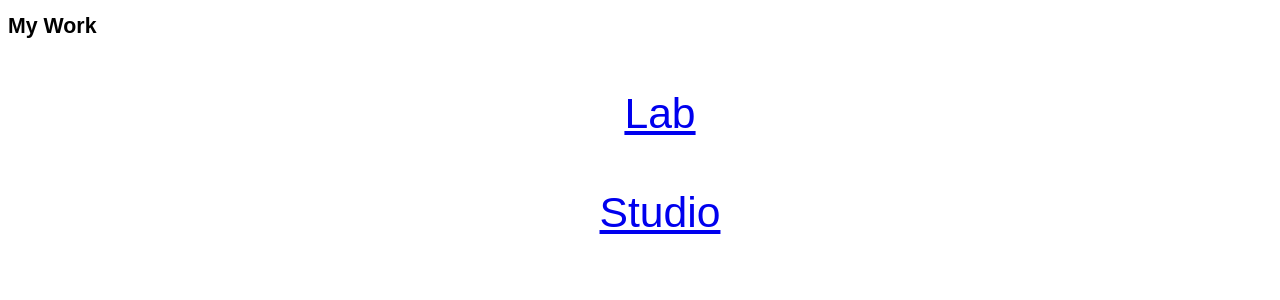
Repository: ortik455/ortik455.github.io
Page: lab/index.html
The author's editor kept a record of every edit. The page is drawn from the files as they stood at one moment, then again after the next edit.
The browser window is 1280 px wide. The pictures show the whole page.

Above is the page before.

### lab/index.html
<!DOCTYPE html>
<html>
	<head>
		<title>Lab</title>
		<style type="text/css">
		h1 {
			font-size: 16pt;
			font-family: sans-serif;
			text-align: left;
			margin-bottom: 50px;
		}
		nav {
			font-size: 32pt;
			font-family: sans-serif;
			text-align: center;
		}
		li {
			list-style-type: none;
			margin-bottom: 50px;
		}
	</style>
	</head>

	<body>
		<h1>My Work</h1>
		<nav>
        <ul>
            <li><a href="lab/index.html">Lab</a></li>
            <li><a href="studio/index.html">Studio</a></li>
        </ul>
    	</nav>
	</body>
</html>

After the next edit:
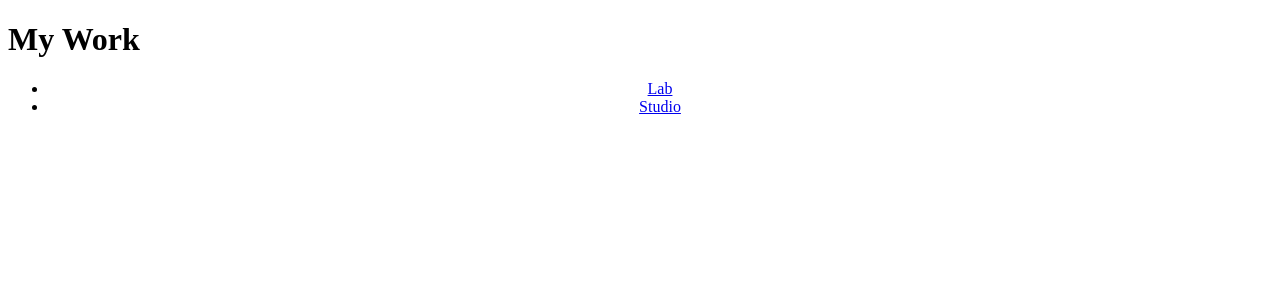
The edit:
--- a/lab/index.html
+++ b/lab/index.html
@@ -2,31 +2,15 @@
 <html>
 	<head>
 		<title>Lab</title>
-		<style type="text/css">
-		h1 {
-			font-size: 16pt;
-			font-family: sans-serif;
-			text-align: left;
-			margin-bottom: 50px;
-		}
-		nav {
-			font-size: 32pt;
-			font-family: sans-serif;
-			text-align: center;
-		}
-		li {
-			list-style-type: none;
-			margin-bottom: 50px;
-		}
-	</style>
+
 	</head>
 
 	<body>
 		<h1>My Work</h1>
 		<nav>
         <ul>
-            <li><a href="lab/index.html">Lab</a></li>
-            <li><a href="studio/index.html">Studio</a></li>
+            <li align="center"><a href="lab/index.html">Lab</a></li>
+            <li align="center"><a href="studio/index.html">Studio</a></li>
         </ul>
     	</nav>
 	</body>
